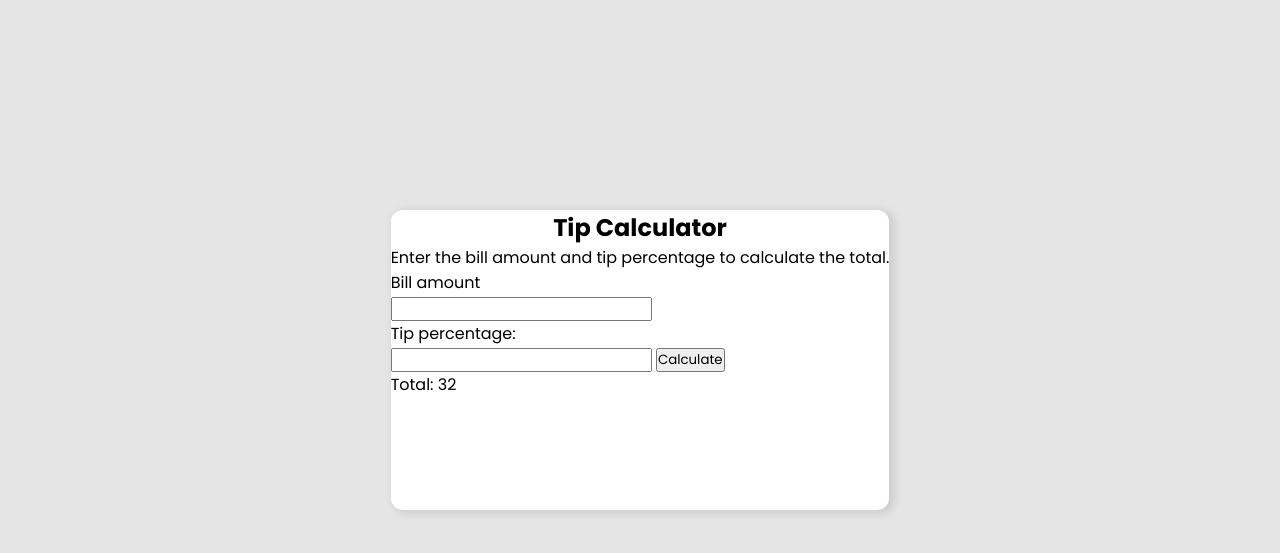
Repository: Ankitkr2021/Tip-Calculator
Page: index.html
An editor plug-in stored every save of this project. The page is shown before and after the next save, followed by the edit.
The browser window is 1280 px wide. The pictures show the whole page.

Above is the page before, as saved 2025-10-27 10:51:28.

After the next save:
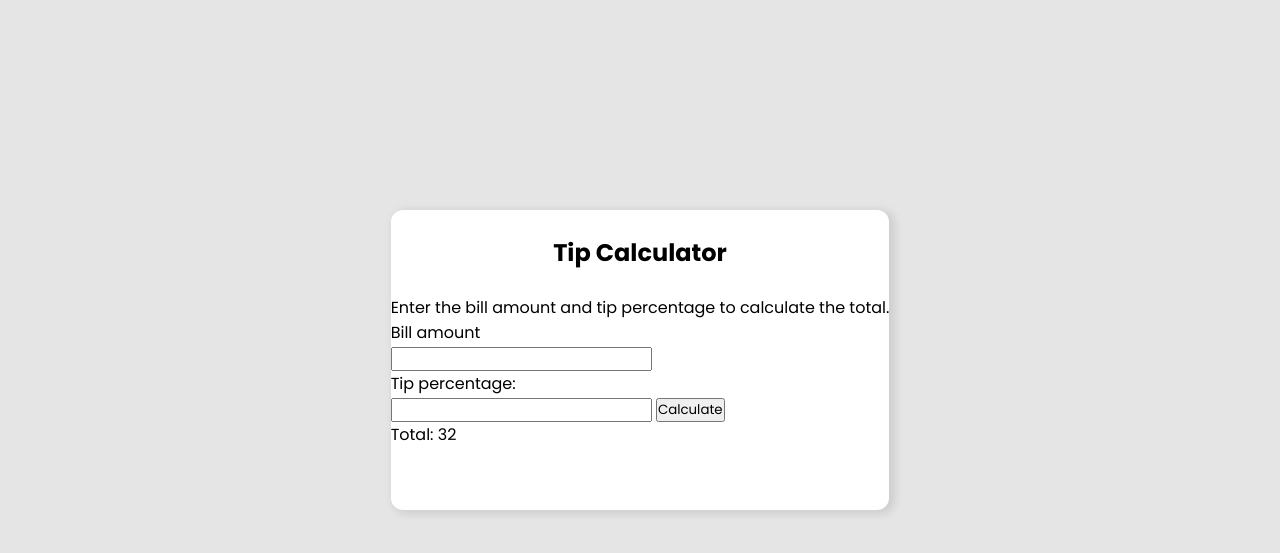
Saved 7 s later.
--- a/style.css
+++ b/style.css
@@ -25,4 +25,5 @@ body {
 
 h2{
     text-align: center;
+    padding: 25px;
 }
